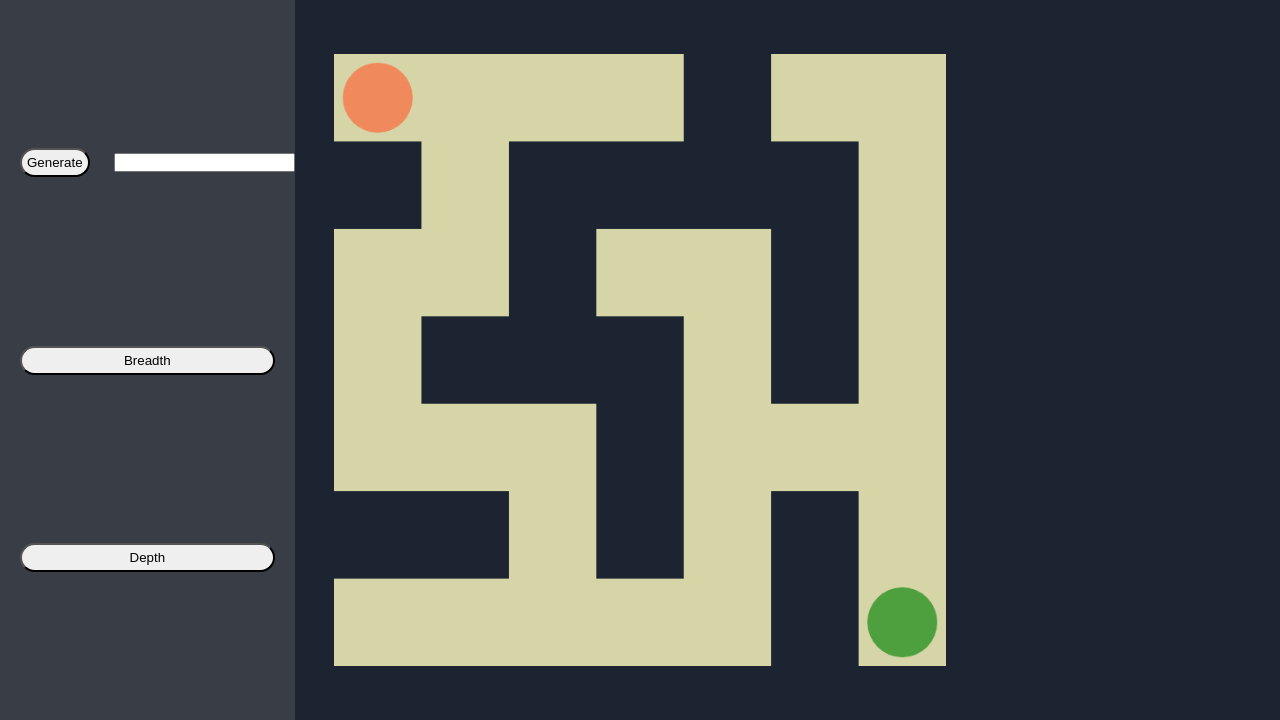
Repository: 2Friendly4You/advanced-maze-solver
Page: index.html
The author's editor kept a copy of each file at every save. The page is drawn from the files as they stood at one save, then again after the next save.
The browser window is 1280 px wide. The pictures show the whole page.

Above is the page before, as saved 2022-09-20 14:22:00.

After the next save:
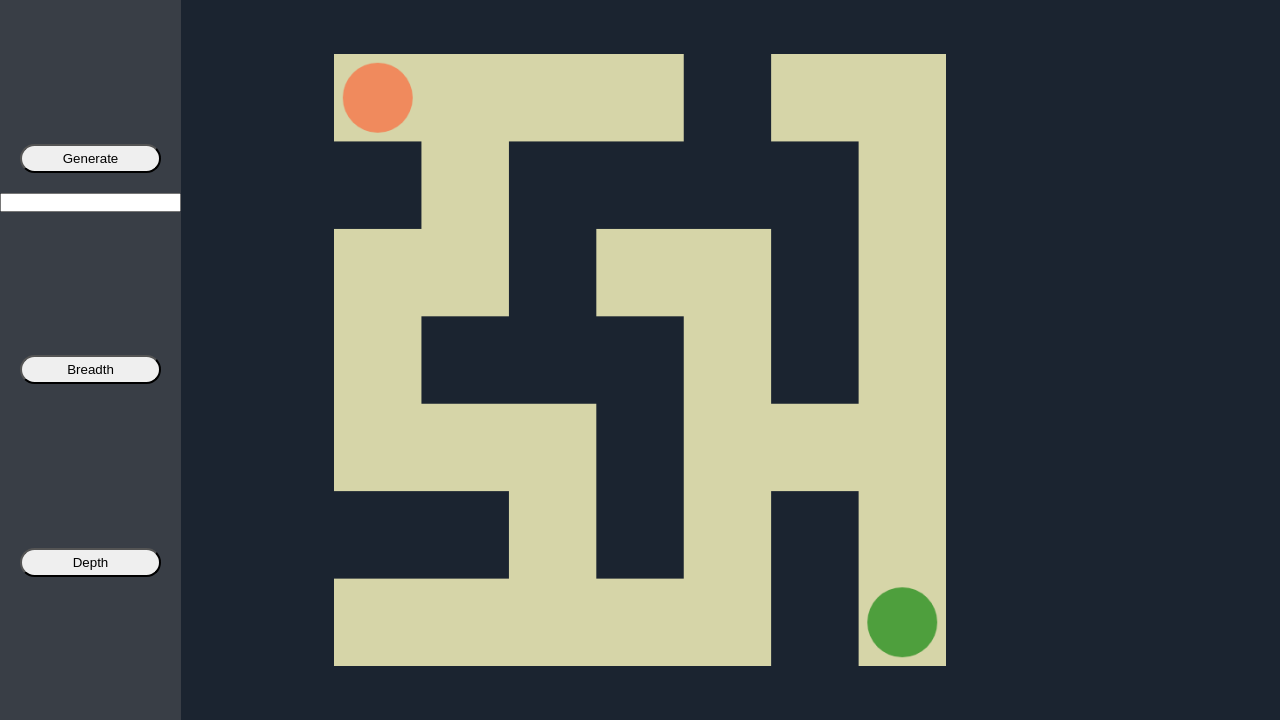
Saved 6 s later.
--- a/styles.css
+++ b/styles.css
@@ -33,7 +33,9 @@ canvas {
 }
 
 .generateContainer {
-
+    display: flex;
+    flex-direction: column;
+    justify-content: space-evenly;
 }
 
 button {
